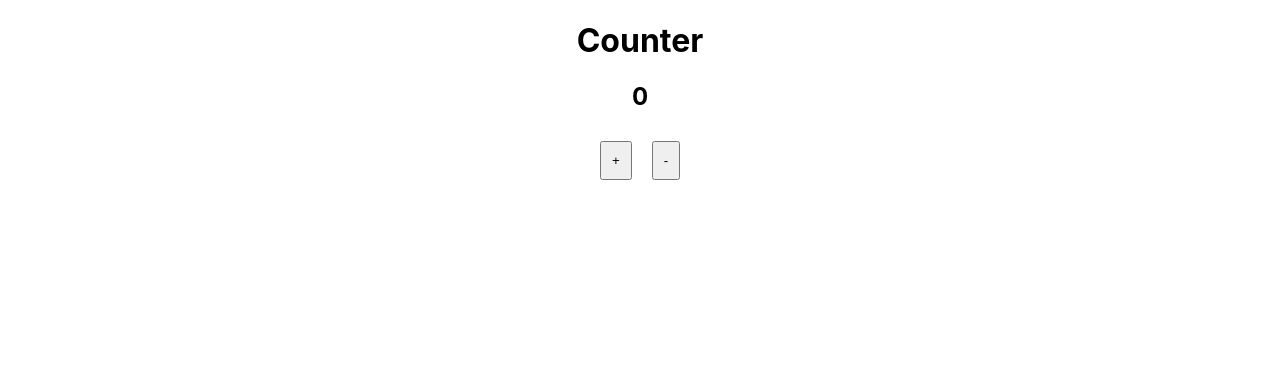
Repository: punitbathija/Placement-Assitance-iNeuron
Page: / (app in React/counterapp/)
The author's editor kept a copy of each file at every save. The page is drawn from the files as they stood at one save, then again after the next save.
The browser window is 1280 px wide. The pictures show the whole page.
The project was rebuilt for these pictures with package versions that can differ from the ones it lists, and the page was loaded fresh each time.

Above is the page before, as saved 2023-06-05 15:28:11.

After the next save:
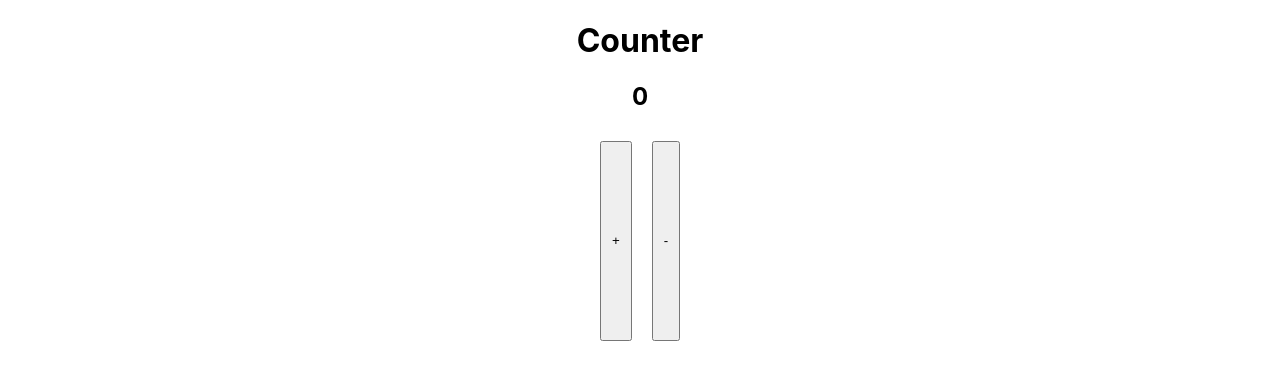
Saved 18 s later.
--- a/React/counterapp/src/Counter.jsx
+++ b/React/counterapp/src/Counter.jsx
@@ -18,13 +18,13 @@ const Counter = () => {
       <h2>{count}</h2>
       <button
         onClick={incrementCounter}
-        style={{ padding: "10px", margin: "10px" }}
+        style={{ padding: "10px", margin: "10px", height: "200px" }}
       >
         +
       </button>
       <button
         onClick={decrementCounter}
-        style={{ padding: "10px", margin: "10px" }}
+        style={{ padding: "10px", margin: "10px", height: "200px" }}
       >
         -
       </button>
